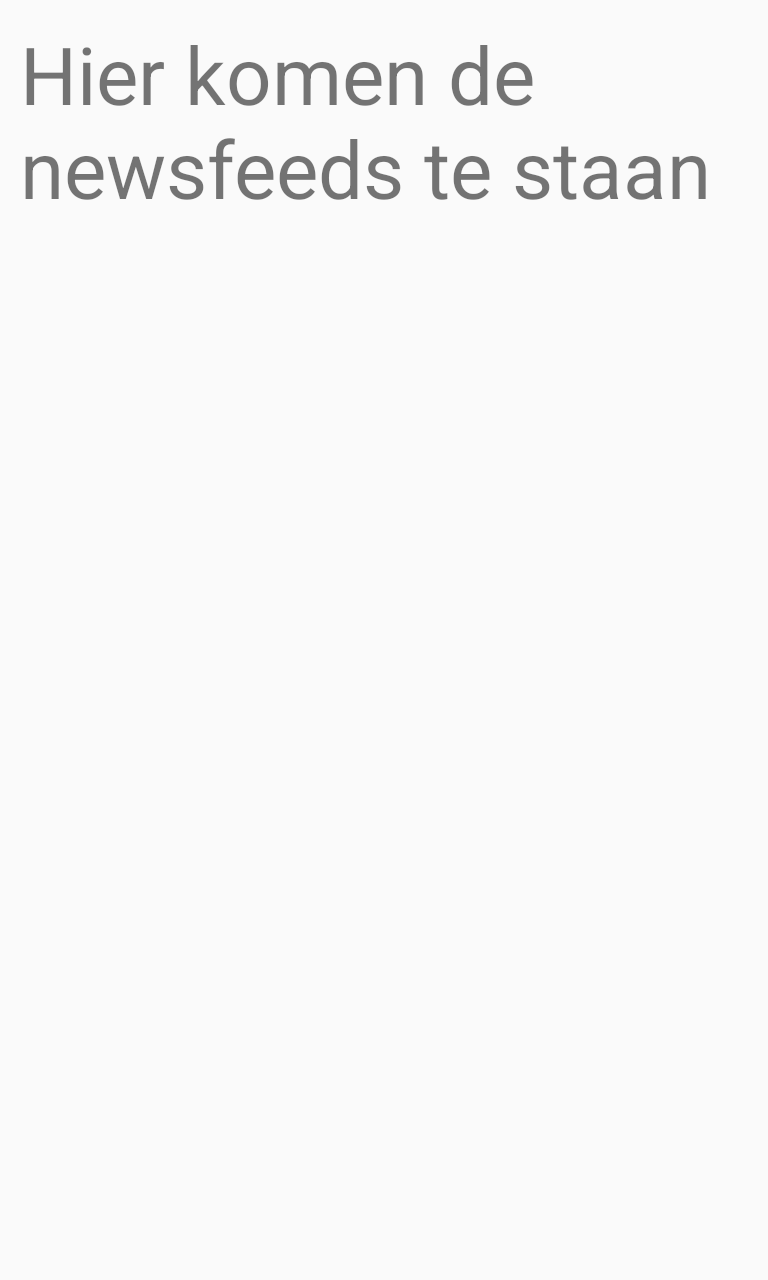
Repository: MarcSelles/BeatYourBucketAndroid
Layout: The_app/BeatYourBucket/res/layout/activity_main.xml
An editor plug-in stored every save of this project. The layout is shown before and after a run of saves, followed by the edit.
It is drawn on a 768 x 1280 px phone screen (xhdpi) without system bars, with theme AppTheme; the app's code is not run.

Above is the layout before, as saved 2015-01-13 10:58:38.

After the next 2 saves:
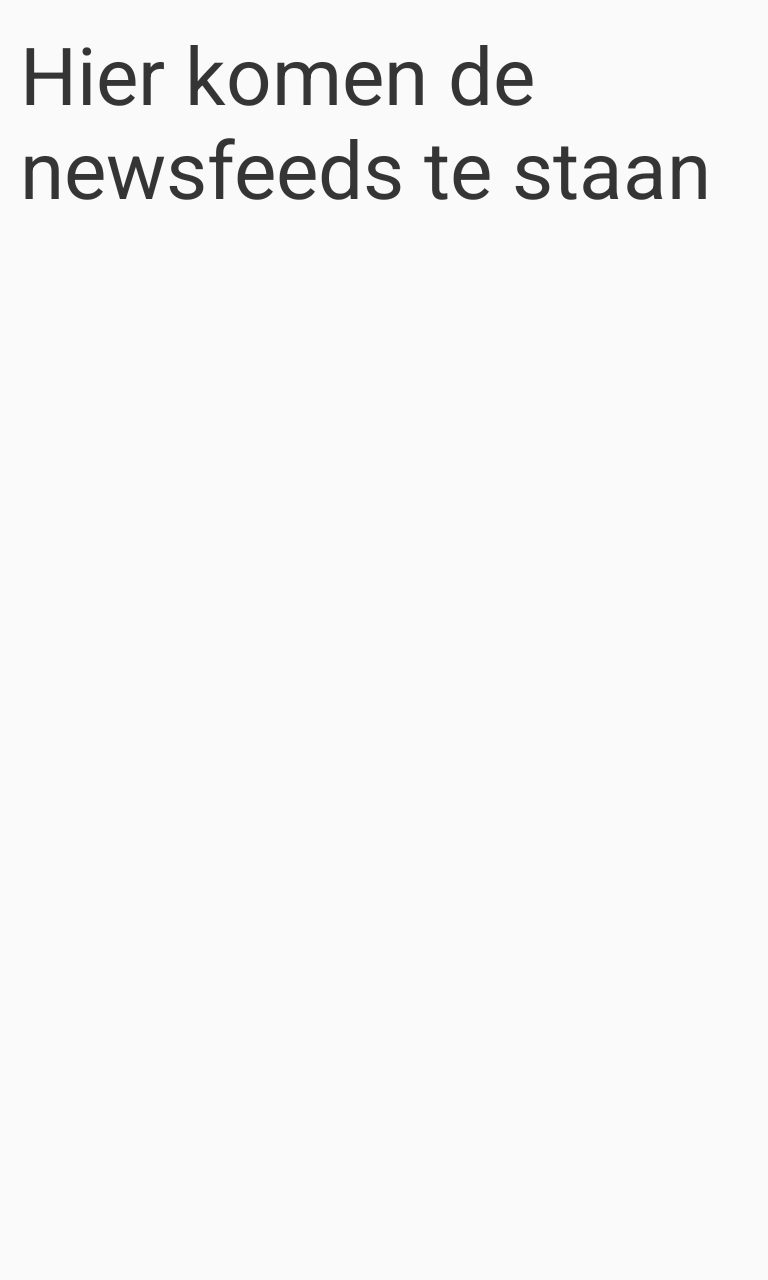
The 2 saves are shown as one change because they came seconds apart.
The last was saved 48 s later.
--- a/The_app/BeatYourBucket/res/layout/activity_main.xml
+++ b/The_app/BeatYourBucket/res/layout/activity_main.xml
@@ -43,6 +43,14 @@
             	android:layout_width="wrap_content"
             	android:layout_height="wrap_content"
                 android:orientation="vertical" >
+
+                <TextView
+                	android:id="@+id/hoi"
+                    android:layout_width="wrap_content"
+                    android:layout_height="wrap_content"
+                    android:text="Hier komen de newsfeeds te staan"
+                    android:textSize="40sp" />
+
             </LinearLayout>
 
             <LinearLayout

After the save that followed:
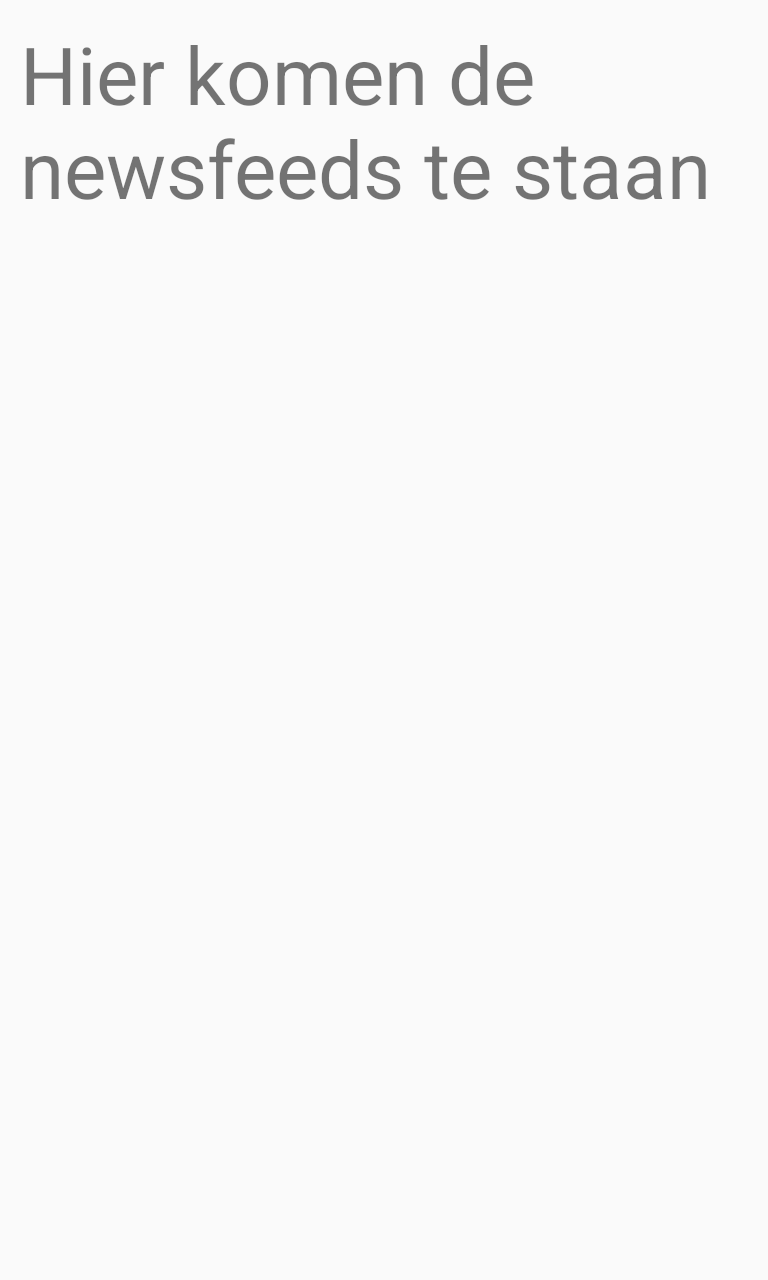
Saved 36 s later.
--- a/The_app/BeatYourBucket/res/layout/activity_main.xml
+++ b/The_app/BeatYourBucket/res/layout/activity_main.xml
@@ -29,12 +29,16 @@
             	android:layout_height="wrap_content"
             	android:orientation="horizontal" >
 
-                <TextView
-                	android:id="@+id/hoi"
-                    android:layout_width="wrap_content"
-                    android:layout_height="wrap_content"
-                    android:text="Hier komen de newsfeeds te staan"
-                    android:textSize="40sp" />
+                <Button
+        			android:id="@+id/list"
+        			android:layout_width="wrap_content"
+        			android:layout_height="wrap_content"
+        			android:layout_alignLeft="@+id/hoi"
+        			android:layout_below="@+id/hoi"
+        			android:layout_marginTop="44dp"
+        			android:onClick="seeList"
+        			android:text="list"
+        			android:visibility="invisible" />
 
             </LinearLayout>
 
